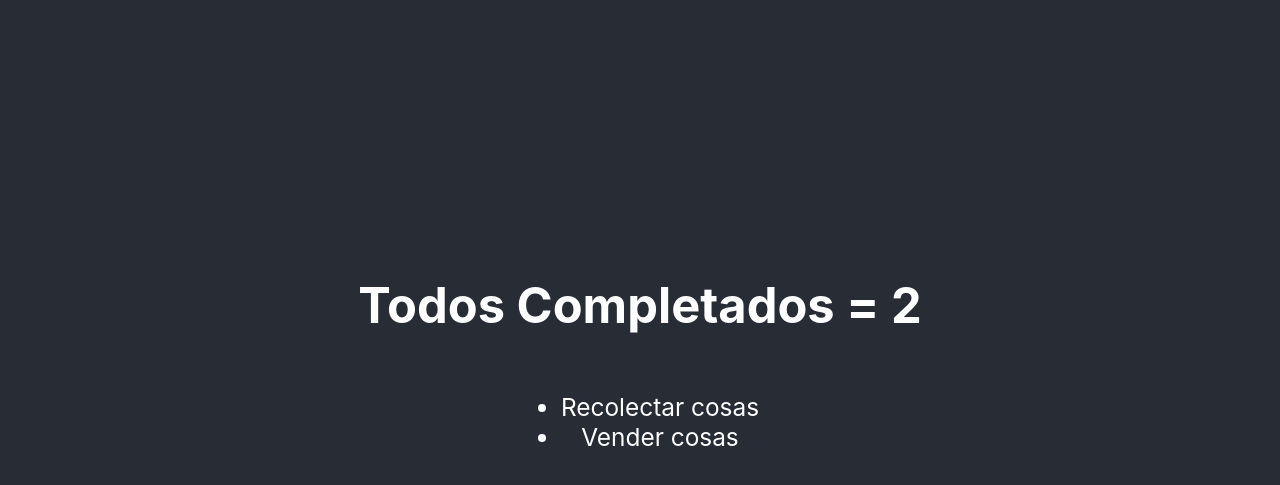
Repository: ChristianGecchelin/ts-react-context
Page: /
The author's editor kept a copy of each file at every save. The page is drawn from the files as they stood at one save, then again after the next save.
The browser window is 1280 px wide. The pictures show the whole page.
The project was rebuilt for these pictures with package versions that can differ from the ones it lists, and the page was loaded fresh each time.

Above is the page before, as saved 2022-08-17 20:23:40.

### src/App.tsx
import { Todo } from "./todo/Todo";
import "./App.css";

function App() {
  return (
    <div className="App App-header">
      <Todo />
    </div>
  );
}

export default App;

### src/todo/Todo.tsx
import React from "react";
import { TodoProvider } from './context/TodoProvider'
import { TodoList } from "./components/TodoList";
import { Title } from "./components/Title";
export const Todo = () => {
  return (
    <TodoProvider>
      <Title/>
      <TodoList/>
    </TodoProvider>
  );
};

### src/todo/context/TodoProvider.tsx
import { useReducer } from "react";
import { TodoContext } from "./TodoContext";
import { TodoState } from "../interfaces/interfaces";
import { todoReducer } from "./todoReducer";

const INITIAL_STATE: TodoState = {
  todoCount: 2,
  todos: [
    {
      id: "1",
      desc: "Recolectar cosas",
      completed: false,
    },
    {
      id: "2",
      desc: "Vender cosas",
      completed: false,
    },
  ],
  completed: 0,
  pending: 2,
};

interface props {
  children: JSX.Element | JSX.Element[];
}

export const TodoProvider = ({ children }: props) => {
  const [todoState, dispatch] = useReducer(todoReducer, INITIAL_STATE);

  const toggleTodo = (id: string) => {
    dispatch({ type: "toggleTodo", payload: { id } });
  };

  return (
    <TodoContext.Provider value={{ todoState, toggleTodo }}>
      {children}
    </TodoContext.Provider>
  );
};

### src/todo/components/TodoList.tsx
import { TodoItem } from "./TodoItem";
import { useTodos } from "../hooks/useTodos";
export const TodoList = () => {
  const { todos } = useTodos();
  return (
    <ul>
      {todos.map((todo) => (
        <TodoItem key={todo.id} todo={todo} />
      ))}
    </ul>
  );
};

### src/todo/components/Title.tsx
import React from 'react'
import { useTodos } from '../hooks/useTodos'

export const Title = () => {
    const{pendingTodos}=useTodos()
  return (
    <h1>Todos Completados = {pendingTodos.length}</h1>
  )
}

### src/todo/context/TodoContext.tsx
import { createContext } from "react";
import { TodoState } from "../interfaces/interfaces";

export type TodoContextProps = {
  todoState: TodoState;
  toggleTodo: (id: string) => void;
};
export const TodoContext = createContext<TodoContextProps>(
  {} as TodoContextProps
);

### src/todo/context/todoReducer.ts
import React from "react";
import { TodoState, Todo } from "../interfaces/interfaces";

type TodoAction =
  | { type: "addTodo"; payload: Todo }
  | { type: "toggleTodo"; payload: { id: string } };

export const todoReducer = (
  state: TodoState,
  action: TodoAction
): TodoState => {
  switch (action.type) {
    case "addTodo":
      return {
        ...state,
        todos: [...state.todos, action.payload],
      };
    case "toggleTodo": {
      return {
        ...state,
        todos: state.todos.map(({ ...todo }) => {
          if (todo.id === action.payload.id) {
            todo.completed = !todo.completed;
          }
          return todo;
        }),
      };
    }
    default:
      return state;
  }
};

### src/todo/components/TodoItem.tsx

import { Todo } from "../interfaces/interfaces";
import { useTodos } from '../hooks/useTodos';

interface props {
  todo: Todo;
}

export const TodoItem = ({ todo }: props) => {

  const {toggleTodo} = useTodos()

  const handleDbClick = () => {
    toggleTodo(todo.id)
  };



  return (
    <li
      style={{
        cursor: "pointer",
        textDecoration: todo.completed ? "line-through" : "",
      }}
      onDoubleClick={handleDbClick}
    >
      {todo.desc}
    </li>
  );
};

### src/todo/hooks/useTodos.ts
import { useContext } from 'react';
import { TodoContext } from '../context/TodoContext';
export const useTodos=()=>{
    const {todoState,toggleTodo}=useContext(TodoContext)
    return{
        todos:todoState.todos,
        pendingTodos:todoState.todos.filter(todo=>!todo.completed),
        toggleTodo
    }
}

Loaded but not shown: public/index.html (common file); src/index.tsx (common file); src/index.css (common file); src/reportWebVitals.ts (common file); src/App.css (common file)

After the next save:
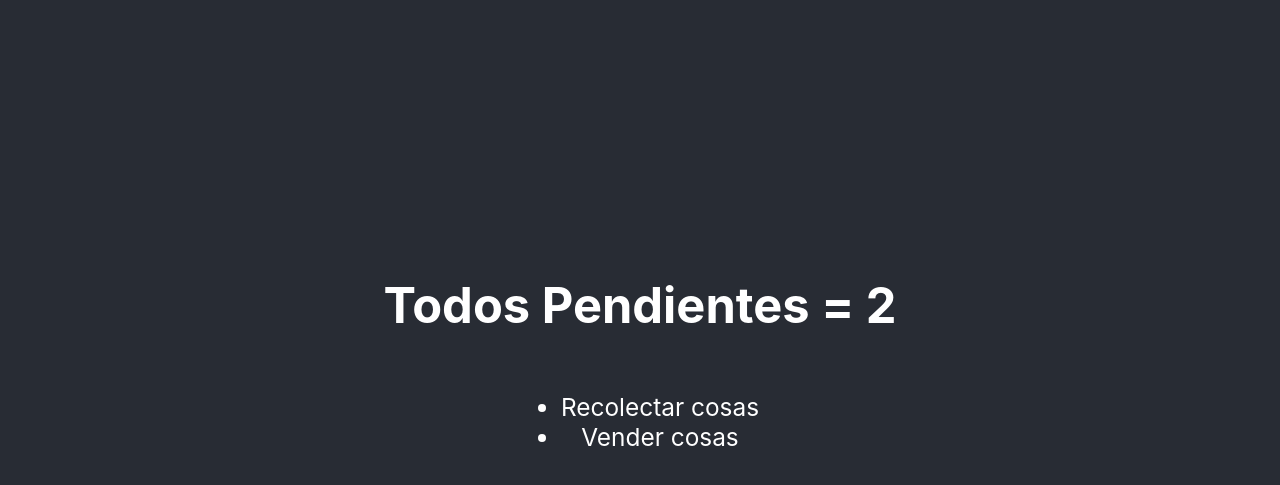
Saved 37 s later.
--- a/src/todo/components/Title.tsx
+++ b/src/todo/components/Title.tsx
@@ -4,6 +4,6 @@ import { useTodos } from '../hooks/useTodos'
 export const Title = () => {
     const{pendingTodos}=useTodos()
   return (
-    <h1>Todos Completados = {pendingTodos.length}</h1>
+    <h1>Todos Pendientes = {pendingTodos.length}</h1>
   )
 }
